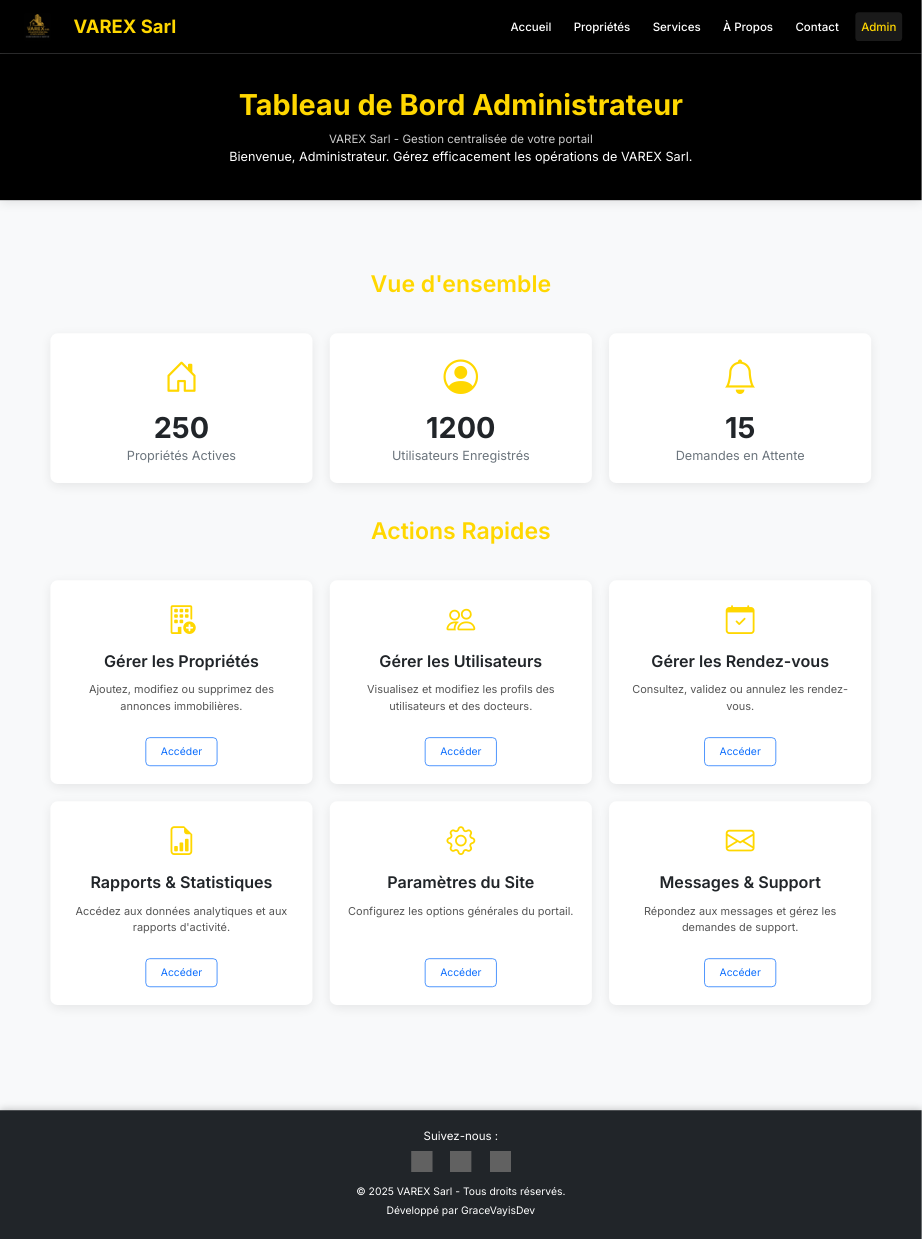
Repository: gradi243/catine
Page: admin.html
The author's editor kept a copy of each file at every save. The page is drawn from the files as they stood at one save, then again after a run of saves.
The browser window is 1280 px wide. The pictures show the whole page, at 72% of full size.
Pictures or frames that could not be fetched are drawn as grey boxes.

Above is the page before, as saved 2025-07-01 06:08:24.

### admin.html
<!DOCTYPE html>
<html lang="fr">
<head>
    <meta charset="UTF-8">
    <meta name="viewport" content="width=device-width, initial-scale=1.0">
    <title>Tableau de Bord Admin - VAREX Sarl</title>
    <!-- Google Fonts: Inter for a clean, modern look -->
    <link href="https://fonts.googleapis.com/css2?family=Inter:wght@300;400;500;600;700&display=swap" rel="stylesheet">
    <!-- Bootstrap CSS via CDN -->
    <link href="https://cdn.jsdelivr.net/npm/bootstrap@5.3.2/dist/css/bootstrap.min.css" rel="stylesheet" xintegrity="sha384-T3c6CoIi6uLrA9TneNEoa7RxnatzjcDSCmG1MXxSR1GAsXEV/Dwwykc2MPK8M2HN" crossorigin="anonymous">
    <!-- Bootstrap Icons via CDN -->
    <link href="https://cdn.jsdelivr.net/npm/bootstrap-icons@1.10.5/font/bootstrap-icons.css" rel="stylesheet">
    <!-- Custom Styles -->
    <style>
        /* Define CSS Variables for the new color palette */
        :root {
            --color-primary-yellow: #FFD700; /* Gold/Yellow */
            --color-secondary-black: #000000; /* Black */
            --color-light-white: #FFFFFF; /* White */
            --color-dark-grey-text: #212529; /* Dark grey for general text */
            --color-light-grey-bg: #f8f9fa; /* Light grey background for sections */
        }

        body {
            font-family: 'Inter', sans-serif;
            background-color: var(--color-light-grey-bg); /* Light grey background */
            color: var(--color-dark-grey-text);
            display: flex;
            flex-direction: column;
            min-height: 100vh;
        }

        /* Navbar Customization */
        .navbar {
            background-color: var(--color-secondary-black) !important;
            box-shadow: 0 2px 10px rgba(0, 0, 0, 0.2);
            padding-top: 0.75rem;
            padding-bottom: 0.75rem;
        }
        .navbar-brand {
            font-weight: 700;
            font-size: 1.6rem;
            color: var(--color-primary-yellow) !important;
            display: flex;
            align-items: center;
        }
        .navbar-brand #companyLogo {
            width: 80px;
            height: 40px;
            margin-right: 10px;
            display: flex;
            justify-content: center;
            align-items: center;
            flex-shrink: 0;
        }
        .navbar-brand #companyLogo img {
            max-width: 100%;
            max-height: 100%;
            object-fit: contain;
            border-radius: 5px;
        }
        .navbar-nav .nav-link {
            color: var(--color-light-white) !important;
            font-weight: 500;
            margin-right: 15px;
            padding: 8px 12px;
            border-radius: 5px;
            transition: background-color 0.3s ease, color 0.3s ease;
        }
        .navbar-nav .nav-link:hover,
        .navbar-nav .nav-link.active {
            background-color: rgba(255, 255, 255, 0.1);
            color: var(--color-primary-yellow) !important;
        }
        .navbar-toggler {
            border-color: rgba(255, 255, 255, 0.3);
        }
        .navbar-toggler-icon {
            background-image: url("data:[embedded picture, 214 characters]");
        }

        /* Header (Hero Section) Customization */
        header {
            background-color: var(--color-secondary-black) !important;
            color: var(--color-light-white) !important;
            padding: 60px 0;
            text-align: center;
            box-shadow: 0 4px 15px rgba(0, 0, 0, 0.1);
        }
        header h1 {
            font-size: 2.5rem;
            font-weight: 700;
            color: var(--color-primary-yellow) !important;
            margin-bottom: 10px;
        }
        header p {
            font-size: 1.1rem;
            color: var(--color-light-white);
            max-width: 800px;
            margin: 0 auto;
        }
        header .slogan {
            font-size: 1rem;
            color: #ccc;
            margin-top: 5px;
        }

        /* Section Titles */
        .text-primary {
            color: var(--color-primary-yellow) !important;
        }

        /* Admin Dashboard Specifics */
        .admin-dashboard-section {
            padding: 50px 0;
            flex-grow: 1; /* Allows the section to take available space */
        }
        .admin-dashboard-section h2 {
            font-size: 2rem;
            font-weight: 600;
            margin-bottom: 30px;
            color: var(--color-dark-grey-text);
        }

        /* Info Cards */
        .info-card {
            background-color: var(--color-light-white);
            border-radius: 10px;
            box-shadow: 0 4px 15px rgba(0, 0, 0, 0.08);
            padding: 25px;
            text-align: center;
            display: flex;
            flex-direction: column;
            align-items: center;
            justify-content: center;
            height: 100%;
            transition: transform 0.3s ease, box-shadow 0.3s ease;
        }
        .info-card:hover {
            transform: translateY(-5px);
            box-shadow: 0 8px 25px rgba(0, 0, 0, 0.15);
        }
        .info-card .icon {
            font-size: 3rem;
            color: var(--color-primary-yellow);
            margin-bottom: 15px;
        }
        .info-card .value {
            font-size: 2.5rem;
            font-weight: 700;
            color: var(--color-dark-grey-text);
            line-height: 1;
        }
        .info-card .label {
            font-size: 1.1rem;
            color: #6c757d;
            margin-top: 5px;
        }

        /* Action Cards */
        .action-card {
            background-color: var(--color-light-white);
            border-radius: 10px;
            box-shadow: 0 4px 15px rgba(0, 0, 0, 0.08);
            padding: 25px;
            text-align: center;
            display: flex;
            flex-direction: column;
            align-items: center;
            justify-content: center;
            height: 100%;
            transition: transform 0.3s ease, box-shadow 0.3s ease;
        }
        .action-card:hover {
            transform: translateY(-5px);
            box-shadow: 0 8px 25px rgba(0, 0, 0, 0.15);
        }
        .action-card .icon {
            font-size: 2.5rem;
            color: var(--color-primary-yellow);
            margin-bottom: 15px;
        }
        .action-card h5 {
            font-size: 1.4rem;
            font-weight: 600;
            color: var(--color-dark-grey-text);
            margin-bottom: 15px;
        }
        .action-card p {
            font-size: 0.95rem;
            color: #555;
            flex-grow: 1;
        }
        .action-card .btn-outline-primary {
            margin-top: 15px;
            width: auto;
            padding: 8px 20px;
            font-size: 0.9rem;
        }

        /* Footer Customization */
        footer {
            background-color: var(--color-secondary-black) !important;
            color: var(--color-light-white) !important;
            padding: 40px 0;
            margin-top: auto;
            box-shadow: 0 -2px 10px rgba(0, 0, 0, 0.2);
        }
        footer .social-icons a {
            margin: 0 10px;
            display: inline-block;
        }
        footer .social-icons img {
            width: 30px;
            height: 30px;
            filter: invert(100%) sepia(100%) saturate(0%) hue-rotate(285deg) brightness(100%) contrast(100%);
            transition: transform 0.2s ease;
        }
        footer .social-icons img:hover {
            transform: scale(1.1);
        }
        footer p {
            font-size: 0.9rem;
            margin-bottom: 5px;
        }

        /* Responsive adjustments */
        @media (max-width: 768px) {
            header h1 {
                font-size: 2rem;
            }
            header p {
                font-size: 1rem;
            }
            .admin-dashboard-section h2 {
                font-size: 1.8rem;
            }
            .info-card .value {
                font-size: 2rem;
            }
            .info-card .label {
                font-size: 1rem;
            }
            .action-card h5 {
                font-size: 1.2rem;
            }
        }
        @media (max-width: 576px) {
            .navbar-brand {
                font-size: 1.4rem;
            }
            header {
                padding: 40px 0;
            }
            header h1 {
                font-size: 1.6rem;
            }
            header .slogan {
                font-size: 0.9rem;
            }
            .info-card, .action-card {
                padding: 20px;
            }
            .info-card .icon, .action-card .icon {
                font-size: 2rem;
            }
        }
    </style>
</head>
<body>

<nav class="navbar navbar-expand-lg navbar-dark">
    <div class="container-fluid">
        <a class="navbar-brand" href="index.html">
            <div id="companyLogo">
               <img src="img/logo.jpeg" alt="VAREX Sarl Logo">
            </div>
            <strong>VAREX Sarl</strong>
        </a>
        <button class="navbar-toggler" type="button" data-bs-toggle="collapse" data-bs-target="#navbarNav" aria-controls="navbarNav" aria-expanded="false" aria-label="Toggle navigation">
            <span class="navbar-toggler-icon"></span>
        </button>
        <div class="collapse navbar-collapse" id="navbarNav">
            <ul class="navbar-nav ms-auto">
                <li class="nav-item"><a class="nav-link" href="index.html">Accueil</a></li>
                <li class="nav-item"><a class="nav-link" href="categorie.html">Propriétés</a></li>
                <li class="nav-item"><a class="nav-link" href="services.html">Services</a></li>
                <li class="nav-item"><a class="nav-link" href="apropos.html">À Propos</a></li>
                <li class="nav-item"><a class="nav-link" href="contact.html">Contact</a></li>

                <li class="nav-item"><a class="nav-link active" aria-current="page" href="admin_dashboard.html">Admin</a></li>
            </ul>
        </div>
    </div>
</nav>

<header class="text-center py-5">
    <h1>Tableau de Bord Administrateur</h1>
    <p class="slogan">VAREX Sarl - Gestion centralisée de votre portail</p>
    <p>Bienvenue, Administrateur. Gérez efficacement les opérations de VAREX Sarl.</p>
</header>

<section class="container my-5 admin-dashboard-section">
    <h2 class="text-center text-primary mb-5">Vue d'ensemble</h2>
    <div class="row g-4 mb-5">
        <div class="col-md-4">
            <div class="info-card">
                <i class="bi bi-house-door icon"></i>
                <div class="value">250</div>
                <div class="label">Propriétés Actives</div>
            </div>
        </div>
        <div class="col-md-4">
            <div class="info-card">
                <i class="bi bi-person-circle icon"></i>
                <div class="value">1200</div>
                <div class="label">Utilisateurs Enregistrés</div>
            </div>
        </div>
        <div class="col-md-4">
            <div class="info-card">
                <i class="bi bi-bell icon"></i>
                <div class="value">15</div>
                <div class="label">Demandes en Attente</div>
            </div>
        </div>
    </div>

    <h2 class="text-center text-primary mb-5">Actions Rapides</h2>
    <div class="row g-4">
        <div class="col-md-4">
            <div class="action-card">
                <i class="bi bi-building-add icon"></i>
                <h5>Gérer les Propriétés</h5>
                <p>Ajoutez, modifiez ou supprimez des annonces immobilières.</p>
                <a href="#" class="btn btn-outline-primary">Accéder</a>
            </div>
        </div>
        <div class="col-md-4">
            <div class="action-card">
                <i class="bi bi-people icon"></i>
                <h5>Gérer les Utilisateurs</h5>
                <p>Visualisez et modifiez les profils des utilisateurs et des docteurs.</p>
                <a href="#" class="btn btn-outline-primary">Accéder</a>
            </div>
        </div>
        <div class="col-md-4">
            <div class="action-card">
                <i class="bi bi-calendar-check icon"></i>
                <h5>Gérer les Rendez-vous</h5>
                <p>Consultez, validez ou annulez les rendez-vous.</p>
                <a href="#" class="btn btn-outline-primary">Accéder</a>
            </div>
        </div>
        <div class="col-md-4">
            <div class="action-card">
                <i class="bi bi-file-earmark-bar-graph icon"></i>
                <h5>Rapports & Statistiques</h5>
                <p>Accédez aux données analytiques et aux rapports d'activité.</p>
                <a href="#" class="btn btn-outline-primary">Accéder</a>
            </div>
        </div>
        <div class="col-md-4">
            <div class="action-card">
                <i class="bi bi-gear icon"></i>
                <h5>Paramètres du Site</h5>
                <p>Configurez les options générales du portail.</p>
                <a href="#" class="btn btn-outline-primary">Accéder</a>
            </div>
        </div>
        <div class="col-md-4">
            <div class="action-card">
                <i class="bi bi-envelope icon"></i>
                <h5>Messages & Support</h5>
                <p>Répondez aux messages et gérez les demandes de support.</p>
                <a href="#" class="btn btn-outline-primary">Accéder</a>
            </div>
        </div>
    </div>
</section>

<footer class="text-center text-white py-4 bg-dark mt-5">
    <div class="mb-2">Suivez-nous :</div>
    <div class="social-icons">
        <a href="#"><img src="https://upload.wikimedia.org/wikipedia/commons/thumb/6/6b/WhatsApp.svg/2048px-WhatsApp.svg.png" alt="WhatsApp" style="filter: invert(100%);"></a>
        <a href="#"><img src="https://upload.wikimedia.org/wikipedia/commons/thumb/7/7e/Gmail_icon_%282020%29.svg/512px-Gmail_icon_%282020%29.svg.png" alt="Gmail" style="filter: invert(100%);"></a>
        <a href="#"><img src="https://upload.wikimedia.org/wikipedia/commons/thumb/b/b8/2021_Facebook_icon.svg/2048px-2021_Facebook_icon.svg.png" alt="Facebook" style="filter: invert(100%);"></a>
    </div>
    <p class="mt-3">&copy; 2025 VAREX Sarl - Tous droits réservés.</p>
    <p>Développé par GraceVayisDev</p>
</footer>

<!-- Bootstrap Bundle JS (includes Popper) -->
<script src="https://cdn.jsdelivr.net/npm/bootstrap@5.3.2/dist/js/bootstrap.bundle.min.js" xintegrity="sha384-C6RzsynM9kWDrMNeT87bh95OGNyZPhcTNXj1NW7RuBCsyN/o0jlpcV8Qyq46cDfL" crossorigin="anonymous"></script>
</body>
</html>

After the next 2 saves:
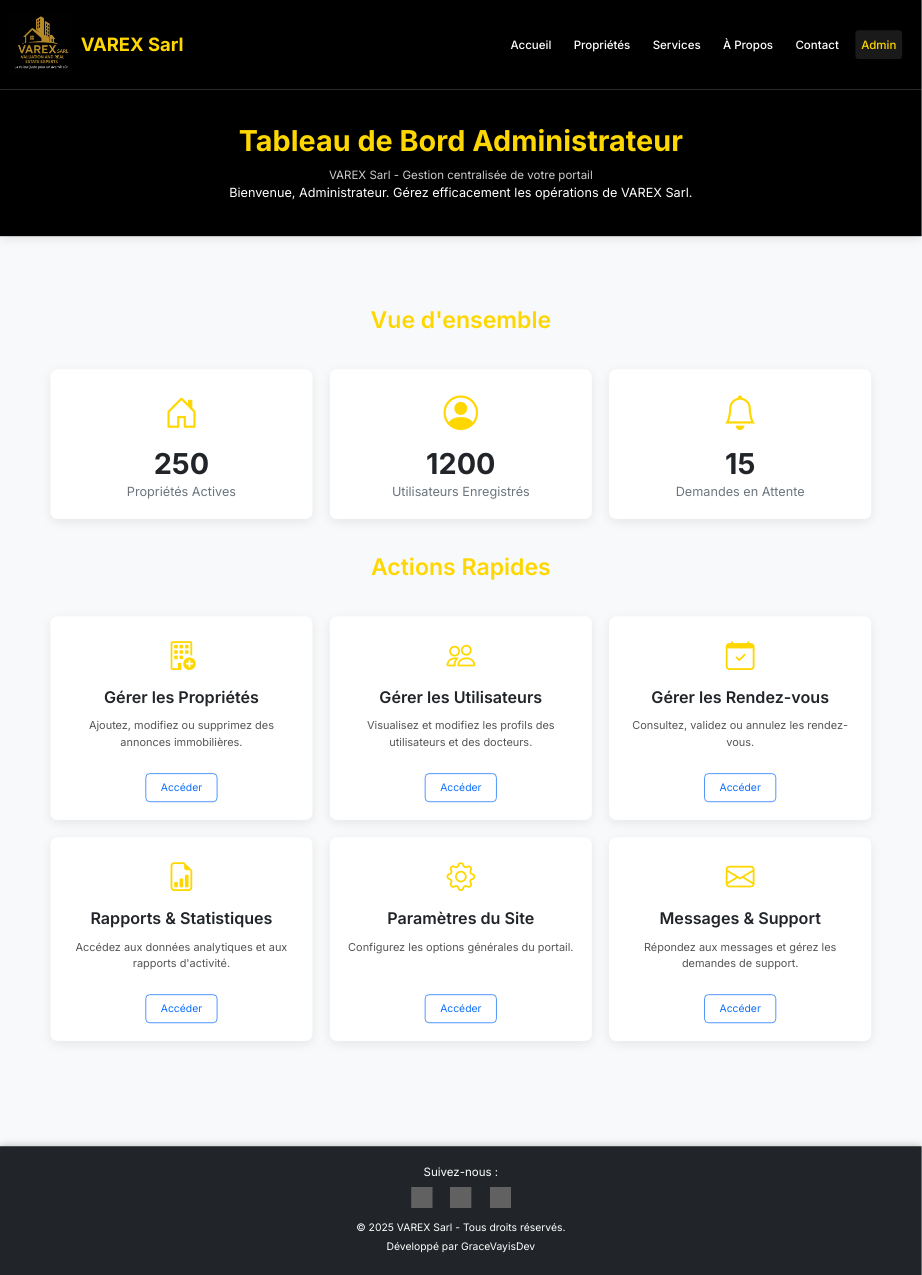
The 2 saves are shown as one change because they came seconds apart.
The last was saved 11 s later.
--- a/admin.html
+++ b/admin.html
@@ -45,8 +45,8 @@
             align-items: center;
         }
         .navbar-brand #companyLogo {
-            width: 80px;
-            height: 40px;
+            width: 90px;
+            height: 90px;
             margin-right: 10px;
             display: flex;
             justify-content: center;
